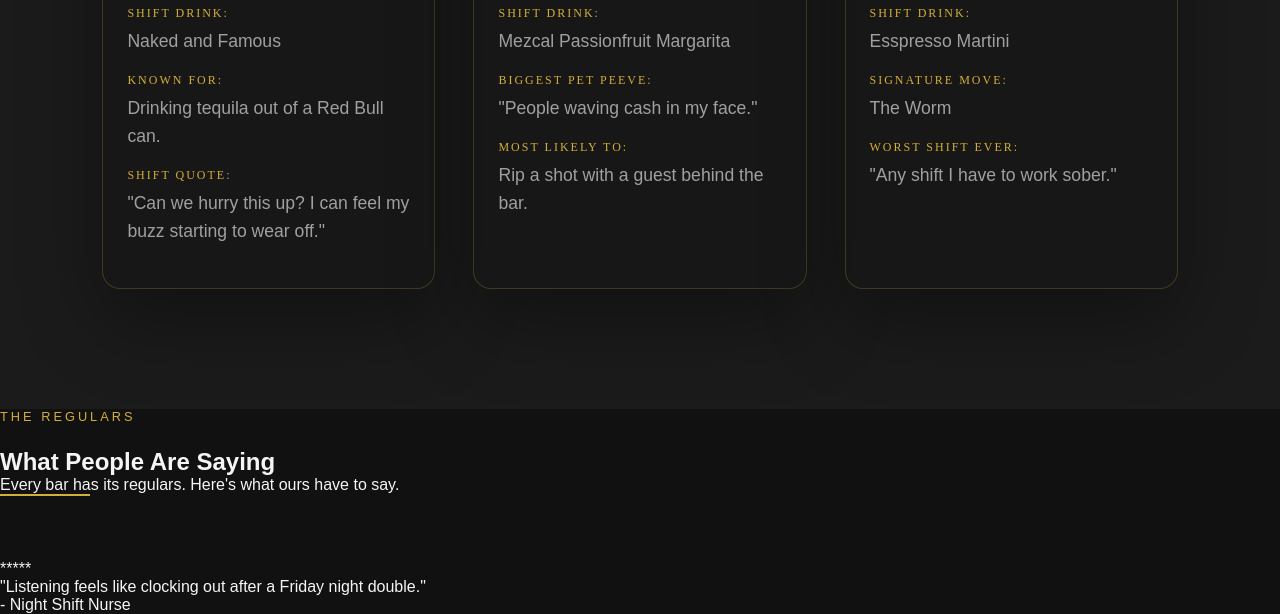
Repository: Gage-Codes/BarRot
Page: css/index.html
These files come from the project's save history. The page is drawn as it stood at one moment and after the next save; the edit follows.
The browser window is 1280 px wide. The pictures show the part of the page from y = 4094 to 5046 px (the page is 4708 px tall before and 5046 px after).

Above is the page before, as saved 2026-07-04 09:52:49.

### css/index.html
<!DOCTYPE html>
<html lang="en">

<head>
    <meta charset="UTF-8">
    <meta name="viewport" content="width=device-width, initial-scale=1.0">
    <title>Bar Rot: Your Neighborhood Podcast</title>
    <link href="https://fonts.googleapis.com/css2?family=Cormorant+Garamond:wght@400;700&family=Roboto:wght@400;700&display=swap" rel="stylesheet">
    <link rel="stylesheet" href="style.css">
</head>

<!-- The Navigation Bar/Logo -->

<body>
<header>
    <nav class="navbar">
        <a href="#" class="logo">BAR ROT</a>
        <ul class="nav-links">
            <li><a href="#about">About</a></li>
            <li><a href="#episodes">Episodes</a></li>
            <li><a href="#recipes">Recipes</a></li>
            <li><a href="#hosts">Hosts</a></li>
            <li><a href="#reviews">Reviews</a></li>
            <li><a href="#contact">Contact</a></li>
        </ul>
    </nav>
</header>

<!-- Title/Hero Section -->

<main>
    <section id="hero">
        <div class="hero-content">

            <p class="eyebrow">A late-night podcast</p>
            <h1>Where bad decisions make good stories.</h1>
            <p class="hero-text">
                Bar Rot is a podcast about the chaos of working in nightlife and the friendships
                we've made along the way. These are the stories we tell after last call.
            </p>
            <div class="hero-buttons">
                <a href="#episodes" class="btn primary-btn">Listen Now</a>
                <a href="#about" class="btn secondary-btn">Learn More</a>
            </div>
        </div>
    </section>

<!-- The About Section -->

    <section id="about">
        <div class="section-label">About the Podcast</div>
        <div class="about-grid">
            <div>
                <h2>Come find a spot at the bar. We have some shit to talk about.</h2>
            </div>
            <div>
                <p>
                    Welcome to Bar Rot! The late-night podcast where we discuss nightlife,
                    bad decisions, friendship, dating, work, the chaos of the industry, and how Terry keeps
                    calling out and still has a job.
                </p>
                <p>
                    Join us for our post-shift therapy session, some trash talk, and a few good laughs.
                    Bar Rot is for anyone who regrets saying “one more shot”...
                    and for those of us who pour them.
                </p>
            </div>
        </div>
    </section>

<!--Episodes (Recent Episode) Section -->

    <section id="episodes">
        <div class="section-label">Latest Episodes</div>
        <div class="episodes-header">
            <h2>Real stories with real friends.</h2>
            <p>Three bartenders. One bottle. No filter.</p>
        </div>
        <article class="episode-card">
            <div class="episode-cover-area">
                <div class="record">
                    <div class="record-label">
                        <span>BAR</span>
                        <span>ROT</span>
                    </div>
                </div>
                <div class="album-cover">
                    <img src="images/episode-one.jpg" alt="The Bar Rot hots sitting togeather after work unwinding with a few dinks">
                </div>
            </div>
            <div class="episode-info">
                <p class="episode-number">Episode 01</p>
                <h3>Better To Leave It Where We Found It</h3>
                <p class="episode-description">
                    The stories we tell at the end of the night are the ones we probably shouldn't.
                    Welcome to the first round of Bar Rot.
                </p>
                <div class="episode-meta">
                    <span>46 minutes</span>
                    <span>June 2026</span>
                </div>
                <div class="cocktail-box">
                    <p>This Episodes Shift Drink:</p>
                    <h4>Neat or Chilled</h4>
                </div>
                <div class="episode-buttons">
                    <a href="#" class="btn primary-btn">Listen Now</a>
                    <a href="#recipes" class="btn secondary-btn">View Recipe</a>
                </div>
            </div>
        </article>
    </section>

<!--Shift Drinks/Recipes Section -->

    <section id="recipes">
        <div class="section-label">Shifties</div>
            <div class="recipes-layout">
                <div class="recipe-intro">
                    <h2>Every episode begins with a cocktail and ends with a story.</h2>
                    <p>
                        Choose an episode, make the drink, and unwind with us.
                        It's been one hell of a day, and we all deserve a drink.
                    </p>
                    <label for="cocktail-select">What's your poison?</label>
                    <select id="cocktail-select">
                        <option value="episode-one">Episode 01: Neat or Chilled</option>
                        <option value="episode-two">Episode 02: Schedule Not Yet Posted</option>
                        <option value="episode-three">Episode 03: Schedule Not Yet Posted</option>
                    </select>
                </div>
                <div class="recipe-content">
                    <p class="episode-number">Episode 01</p>
                    <h3>Neat or Chilled</h3>
                    <div class="recipe-divider">
                    </div>
                    <div class="recipe-block">
                        <h4>Recipe</h4>
                        <ul>
                            <li>2 oz. Whiskey, Tequila, Vodka, or Rum</li>
                            <li>Ice, optional</li>
                            <li>A long day</li>
                        </ul>
                    </div>
                    <div class="recipe-block">
                        <h4>Method</h4>
                        <ol>
                            <li>Choose your liquor.</li>
                            <li>Either pour it straight into a glass, or shake it with ice and strain into a fresh glass.</li>
                            <li>Go ahead and slam it.</li>
                            <li>Congrats! You just had your first of many shift drinks.</li>
                        </ol>
                    </div>
                    <div class="recipe-block host-note">
                        <h4>Behind the Bar</h4>
                        <p>“This drink is a simple one, but it is the one we all reach for at the end of a long night.
                            It is for when everyone says they're only staying for one... and then suddenly it's 3 a.m.”
                        </p>
                    </div>
                </div>
            </div>
    </section>

<!--Meet the Hosts-->

    <section id="hosts">
        <div class="section-label">The Crew</div>
        <h2 class="host-title">
            Meet the Crew
        </h2>
        <p class="hosts-subtitle">
            Everyone has a story. These three just decided to record them.
        </p>
        <div class="section-divider">
        </div>
        <div class="host-grid">
            <article class="host-card">
<!--Gage Info-->
                <img src="images/gage.jpg" alt="Gage" class="host-photo">
                <div class="host-info">
                    <h3>Gage</h3>
                    <p class="host-nickname">
                        <i>"The Personality Hire"</i>
                    </p>
                    <div class="host-divider">
                    </div>
                    <div class="host-detail">
                        <span class="detail-label">
                            SHIFT DRINK:
                        </span>
                        <span class="detail-value">
                            Naked and Famous
                        </span>
                    </div>
                    <div class="host-detail">
                        <span class="detail-label">
                            KNOWN FOR:
                        </span>
                        <span class="detail-value">
                            Drinking tequila out of a Red Bull can.
                        </span>
                    </div>
                    <div class="host-detail">
                        <span class="detail-label">
                            SHIFT QUOTE:
                        </span>
                        <span class="detail-value">
                            "Can we hurry this up? I can feel my buzz starting to wear off."
                        </span>
                    </div>
                </div>
            </article>
<!--Aylen Info-->
            <article class="host-card">
                <img src="images/aylen.jpg" alt="Aylen" class="host-photo">
                <div class="host-info">
                    <h3>Aylen</h3>
                    <p class="host-nickname">
                        <i>"The Firercracker"</i>
                    </p>
                    <div class="host-divider">
                    </div>
                    <div class="host-detail">
                        <span class="detail-label">
                            SHIFT DRINK:
                        </span>
                        <span class="detail-value">
                            Mezcal Passionfruit Margarita
                        </span>
                    </div>
                    <div class="host-detail">
                        <span class="detail-label">
                            BIGGEST PET PEEVE:
                        </span>
                        <span class="detail-value">
                            "People waving cash in my face."
                        </span>
                    </div>
                    <div class="host-detail">
                        <span class="detail-label">
                            MOST LIKELY TO:
                        </span>
                        <span class="detail-value">
                            Rip a shot with a guest behind the bar.
                        </span>
                    </div>
                </div>
            </article>
<!--Abby Info-->
            <article class="host-card">
                <img src="images/abby.jpg" alt="Aylen" class="host-photo">
                <div class="host-info">
                    <h3>Abby</h3>
                    <p class="host-nickname">
                        <i>"The Diva"</i>
                    </p>
                    <div class="host-divider">
                    </div>
                    <div class="host-detail">
                        <span class="detail-label">
                            SHIFT DRINK:
                        </span>
                        <span class="detail-value">
                            Esspresso Martini
                        </span>
                    </div>
                    <div class="host-detail">
                        <span class="detail-label">
                            SIGNATURE MOVE:
                        </span>
                        <span class="detail-value">
                            The Worm
                        </span>
                    </div>
                    <div class="host-detail">
                        <span class="detail-label">
                            WORST SHIFT EVER:
                        </span>
                        <span class="detail-value">
                            "Any shift I have to work sober."
                        </span>
                    </div>
                </div>
            </article>
        </div>
    </section>

<!--Reviews-->

    <section id="reviews">
        <div class="section-label">
            The Regulars
        </div>
        <h2 class="reviews-title">
            What People Are Saying
        </h2>
        <p class="reviews-subtitle">
            Every bar has its regulars. Here's what ours have to say.
        </p>
        <div class="section-divider">
        </div>
        <div class="review-slider">
            <div class="stars">
                *****
            </div>
            <blockquote class="review-text">
                "Listening feels like clocking out after a Friday night double."
            </blockquote>
            <p class="review-author">
                - Night Shift Nurse
            </p>
        </div>
        <div class="review-dots">
            <span class="dot active">
            </span>
            <span class="dot">
            </span>
            <span class="dot">
            </span>
            <span class="dot">
            </span>
            <span class="dot">
            </span>
        </div>
    </section>

    <section id="contact"></section>

</main>

<footer></footer>

<!--Java Script/Nav Bar-->

<script src="script.js"></script>

</body>

</html>

### css/style.css

/* Varbles and Global Styles */

:root {
    --background-color: #111111;
    --surface: #1B1B1B;
    --primary: #8B1E3F;
    --accent: #D4AF37;
    --text: #F5F5F5;
    --gray: #A0A0A0;
    --muted: #A0A0A0;
}

* {
    margin: 0;
    padding: 0;
    box-sizing: border-box;
}

body {
    font-family: 'Arial', sans-serif;
    background-color: var(--background-color);
    color: var(--text);
}

/* Navigation Bar/Logo Styles */

.navbar {
    position: fixed;
    top: 0;
    left: 0;
    width: 100%;
    height: 90px;
    padding: 0 80px;
    display: flex;
    justify-content: space-between;
    align-items: center;
    background: rgba(8,8,8,0.55);
    backdrop-filter: blur(12px);
    border-bottom: 1px solid rgba(255,255,255,0.08);
    z-index: 1000;
}
.logo {
    color: #F5F5F5;
    text-decoration: none;
    font-size: 3rem;
    font-weight: 700;
    font-family: "Cormorant Garamond", serif;
    letter-spacing: 4px;
}
.nav-links {
    display: flex;
    gap: 70px;
    list-style: none;
}
.nav-links a {
    position: relative;
    color: #F5F5F5;
    font-weight: 600;
    font-size: 0.95rem;
    text-transform: uppercase;
    text-decoration: none;
    letter-spacing: 2px;
    transition: .3s ease;
}
.nav-links a:hover {
    color: var(--accent);
}
.nav-links a.active{
    color: var(--accent);
}
.nav-links a.active::after {
    content: "";
    position: absolute;
    bottom: -22px;
    left: 50%;
    transform: translateX(-50%);
    width: 90%;
    height: 3px;
    background-color: var(--accent);
    border-radius: 50px;
}

/* Hero/Top of Page Section Styles */

#hero {
    min-height: 100vh;
    padding: 0 8%;
    display: flex;
    align-items: center;
    background:
        linear-gradient(rgba(10,10,10,0.15), rgba(10,10,10,0.45)),
        radial-gradient(circle at top right,
        rgba(139,30,63,0.45), transparent 75%),
        url("images/bar-rot-hero.jpg");
background-size: cover;
background-position: center right;
background-repeat: no-repeat;
}
.hero-content {
    max-width: 720px;
}
.eyebrow {
    color: var(--accent);
    text-transform: uppercase;
    letter-spacing: 3px;
    font-size: 0.85rem;
    margin-bottom: 18px;
}
h1 {
    font-size: clamp(3rem, 7.5vw, 6.5rem);
    font-family: "Cormorant Garamond", serif;
    text-transform: uppercase;
    line-height: 0.90;
    margin-bottom: 24px;
}
.hero-text {
    color: var(--muted);
    font-size: 1.15rem;
    line-height: 1.7rem;
    max-width: 560px;
    margin-bottom: 34px;
}
.hero-buttons {
    display: flex;
    gap: 16px;
    flex-wrap: wrap;
}
.btn {
    padding: 14px 24px;
    border-radius: 999px;
    text-decoration: none;
    font-weight: 700;
}
.primary-btn {
    background: var(--primary);
    color: var(--text);
}
.secondary-btn {
    border: 1px solid var(--accent);
    color: var(--accent);
}

/* About Section Styles */

#about {
    padding: 120px 8%;
    background-color: var(--background-color);
}
.section-label {
    color: var(--accent);
    text-transform: uppercase;
    letter-spacing: 3px;
    font-size: 0.8rem;
    margin-bottom: 24px;
}
.about-grid {
    display: grid;
    grid-template-columns:1fr 1.2fr;
    gap: 64px;
    align-items: start;
}
#about h2 {
    font-size: clamp(2.2rem, 4.5vw, 4rem);
    font-family: "Cinzel", serif;
    text-transform: uppercase;
    line-height: 1;
}
#about p {
    color: var(--gray);
    font-size: 1.05rem;
    line-height: 1.8;
    margin-bottom: 22px;
}

/* Episode Section Syle */

#episodes{
    position: relative;
    padding: 120px 8%;
    background-image:
        linear-gradient(rgba(0,0,0,.25), rgba(0,0,0,.25)),
        url("images/bar-rot-ep.jpg");
    background-position: 135% center;
    background-repeat: no-repeat;
    background-size: cover;
    overflow:hidden;
    /* Background Overlay/Readability */
    background-blend-mode: overlay;
}
.episodes-header {
    text-align: center;
    margin-bottom: 70px;
}
.episodes-header h2 {
    font-family: "Cinzel", serif;
    font-size: clamp(2.8rem, 4vw, 5rem);
    line-height: 1;
    text-transform: uppercase;
    letter-spacing: 3px;
    margin-bottom: 18px;
}
.episodes-header p {
    color: var(--gray);
    font-size: 1.2rem;
}
.episode-card {
    display: grid;
    grid-template-columns: 1fr 1fr;
    gap: 72px;
    align-items: center;
    padding: 48px;
    border: 1px solid rgba(212, 175, 55, 0.25);
    border-radius: 18px;
    background: rgba(20, 20, 20, 0.25);
    box-shadow: 0 30px 80px rgba(0, 0, 0, 0.45);
}
.album-area {
    position: relative;
    min-height: 480px;
    display: flex;
    align-items: center;
}
.album-cover {
    width: min(100%, 380px);
    aspect-ratio: 1/1;
    position: relative;
    z-index: 2;
    border: 1px solid rgba(212, 175, 55, 0.35);
    border-radius: 12px;
    overflow: hidden;
    box-shadow: 0 25px 60px rgba(20, 20, 20, 0.60);
}
.album-cover img {
    width: 100%;
    height: 100%;
    object-fit: cover;
    display: block;
}

/* Record/Episode Cover */

.record {
    width: 330px;
    height: 330px;
    border-radius: 50%;
    position: absolute;
    left: 240px;
    z-index: 1;
    background:
    radial-gradient(circle, #8B1E3F 0 16%, #121212 17% 100%),
    repeating-radial-gradient(circle, #2a2a2a 0 2px, #161616 3px 5px);
    box-shadow:
    inset 0 0 35px rgba(255,255,255,0.12),
    inset 0 0 90px rgba(0, 0, 0, 0.95),
    0 20px 50px rgba(0, 0, 0, 0.7);
    transition: transform 0.4s ease;
}
.record-label {
    position: absolute;
    inset: 50%;
    transform: translate(-50%, -50%);
    width: 105px;
    height: 105px;
    border-radius: 50%;
    background: var(--primary);
    border: 1px solid rgba(212, 175, 55, 0.5);
    display:flex;
    flex-direction: column;
    justify-content: center;
    align-items: center;
    color: var(--accent);
    font-family: "Cinzel", serif;
    font-size: 1.25rem;
    letter-spacing: 1px;
}
.episode-card:hover .record {
    transform: translateX(80px) rotate(10deg);
}
.episode-number {
    color: var(--accent);
    text-transform: uppercase;
    letter-spacing: 4px;
    font-size: 0.85rem;
    margin-bottom: 18px;
}
.episode-info h3 {
    font-family: "Cinzel", serif;
    font-size: clamp(2.4rem, 5vw, 4rem);
    line-height: 1;
    margin-bottom: 24px;
}
.episode-meta {
    display: flex;
    gap: 22px;
    color: var(--text);
    text-transform: uppercase;
    letter-spacing: 2px;
    font-size: 0.8rem;
    margin-bottom: 28px;
}

/* Cocktail Box/Shift Drink Style Section */

.cocktail-box {
    border: 1px solid rgba(212, 175, 55, 0.25);
    border-radius: 12px;
    padding: 22px;
    margin-bottom: 30px;
    background: rgba(0, 0, 0, 0.25);
}
.cocktail-box p {
    color: var(--accent);
    text-transform: uppercase;
    letter-spacing: 3px;
    font-size: 0.75rem;
    margin-bottom: 8px;
}
.cocktail-box h4 {
    font-family: "Cinzel", serif;
    font-size: 1.7rem;
    font-style: italic;
}
.episode-buttons {
    display: flex;
    gap: 16px;
    flex-wrap: wrap;
}

/* Recipe Section Styles */

#recipes {
    padding: 120px 8%;
    background-color: var(--background-color);
}
.recipes-layout {
    display: grid;
    grid-template-columns: .9fr 1.6fr;
    gap: 72px;
    align-items: start;
}
.recipe-intro {
    border-right: 2px solid var(--accent);
    padding-right: 56px;
}
.recipe-intro h2 {
    font-family: "Cinzel", serif;
    font-size: clamp(2.1rem, 4vw, 3.5rem);
    line-height: 1;
    /* Might Change/delete uppercase and letter-spacing (comeback to) */
    text-transform: uppercase;
    letter-spacing: 3px;
    line-height: 1;
    margin-bottom: 24px;
}
.recipe-intro p {
    color: var(--gray);
    font-size: 1.05rem;
    line-height: 1.8;
    margin-bottom: 32px;
}
.recipe-intro label {
    display: block;
    color: var(--accent);
    text-transform: uppercase;
    letter-spacing: 3px;
    font-size: 0.8rem;
    margin-bottom: 12px;
}
#cocktail-select {
    width: 100%;
    padding: 18px 20px;
    background: transparent;
    color: var(--text);
    border: 1px solid var(--accent);
    border-radius: 6px;
    font-size: 1rem;
}
.recipe-content h3 {
    font-family: "Cinzel", serif;
    font-size: clamp(2.8rem, 5vw, 4.8rem);
    line-height: 1;
    margin-bottom: 18px;
}
.recipe-divider {
    width: 70px;
    height: 2px;
    background-color: var(--accent);
    margin-bottom: 36px;
}
.recipe-block {
    margin-bottom: 34px;
}
.recipe-block h4 {
    color: var(--accent);
    text-transform: uppercase;
    letter-spacing: 3px;
    font-size: 0.85rem;
    margin-bottom: 18px;
}
.recipe-block ul,
.recipe-block ol {
    color: var(--gray);
    line-height: 1.8;
    padding-left: 22px;
}
.host-note {
    padding: 28px;
    border: 1px solid rgba(139, 30, 63, 0.45);
    border-radius: 10px;
    background: rgba(50, 4, 18, 0.12);
}
.host-note p {
    color: var(--gray);
    font-style: italic;
    line-height: 1.9;
}

/* Host Section Styles */

#hosts {
    padding: 120px 8%;
    background: var(--surface);
}
.host-title {
    font-family: "Cinzel", serif;
    font-size: clamp(2.8rem, 5vw, 5rem);
    line-height: 1;
    text-transform: uppercase;
    margin-bottom: 15px;
}
.hosts-subtitle {
    color: var(--gray);
    font-size: 1.1rem;
    max-width: 620px;
    margin-bottom: 32px;
}
.section-divider {
    width: 90px;
    height: 2px;
    background-color: var(--accent);
    margin-bottom: 64px;
}
.host-grid {
    display: grid;
    max-width: 14000px;
    margin: 48px auto 0;
    grid-template-columns: repeat(3, 1fr);
    gap: 38px;
    margin-top: 32px;
}
.host-card {
    width: 100%;
    border: 1px solid rgba(212, 175, 55, 0.22);
    border-radius: 18px;
    overflow: hidden;
    background: rgba(20, 20, 20, 0.45);
    box-shadow: 0 30px 80px rgba(0, 0, 0, 0.35);
    transition: transform 0.3s ease, box-shadow 0.3s ease;
}
.host-card:hover {
    transform: translateY(-8px);
    border-color: rgba(212, 175, 55, 0.55);
}
.host-photo {
    width: 100%;
    height: 300px;
    object-fit: cover;
    display: block;
}
.host-info {
    padding: 24px;
}
.host-info h3 {
    font-family: "Cinzel", serif;
    font-size: 2rem;
    margin-bottom: 8px;
}
.host-nickname {
    color: var(--accent);
    text-transform: uppercase;
    letter-spacing: 2px;
    font-size: 0.85rem;
    margin-bottom: 18px;
}
.host-divider {
    width: 48px;
    height: 2px;
    background-color: var(--accent);
    margin-bottom: 24px;
}
.host-detail {
    color: var(--gray);
    font-size: 1.1rem;
    max-width: 620px;
    margin-bottom: 18px;
}
.detail-label {
    display: block;
    color: var(--accent);
    font-family: "Cinzel", serif;
    text-transform: uppercase;
    letter-spacing: 2px;
    font-size: 0.75rem;
    margin-bottom: 6px;
}
.detail-value {
    display: block;
    color: var(--gray);
    line-height: 1.6;
}

/* Review Style Scection */



/* Media Queries/Screen Adjustment Episodes */

@media (min-width: 1400px) {
    .record {
        left:315px;
    }
    .episode-card:hover .record {
        transform: translateX(120px) rotate(10deg);
    }
}
@media (min-width: 992px) and (max-width: 1399px) {
    .record {
        left: 240px;
    }
    .episode-card:hover .record {
        transform: translateX(80px) rotate(10deg);
    }
}
@media (max-width: 991px) {
    .episode-card {
        grid-template-columns: 1fr;
        gap: 40px;
    }
    .album-cover {
        width: min(100%, 360%);
    }
    .album-area {
        min-height: 420px;
        justify-content: center;
    }
    .record {
        width: 300px;
        height: 300px;
        left: 50%;
        transform: translateX(-10%);
    }
    .episode-card:hover .record {
        transform: translateX(10%) rotate(8deg);
    }
}

Loaded but not shown: css/script.js (21 lines, source omitted)

After the next save:
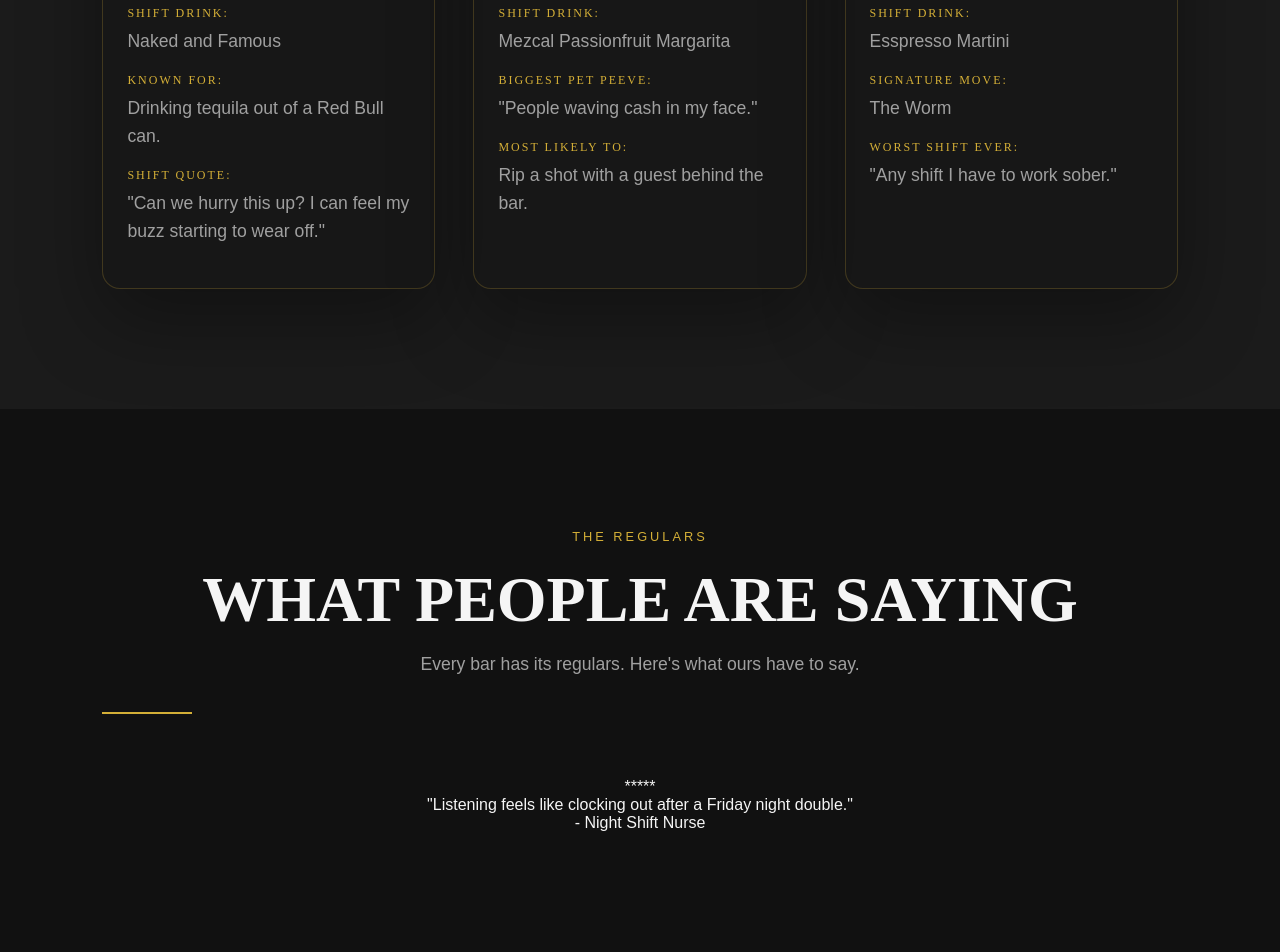
Saved 15 min 39 s later.
--- a/css/style.css
+++ b/css/style.css
@@ -512,7 +512,25 @@
 
 /* Review Style Scection */
 
-
+#reviews {
+    padding: 120px 8%;
+    background: var(--background-color);
+    text-align: center;
+}
+.reviews-title {
+    font-family: "Cinzel", serif;
+    font-size: clamp(2.8rem, 5vw, 5rem);
+    text-transform: uppercase;
+    line-height: 1;
+    margin-bottom: 18px;
+}
+.reviews-subtitle {
+    color: var(--gray);
+    font-size: 1.1rem;
+    line-height: 1.7;
+    max-width: 620px;
+    margin: 0 auto 32px;
+}
 
 /* Media Queries/Screen Adjustment Episodes */
 
